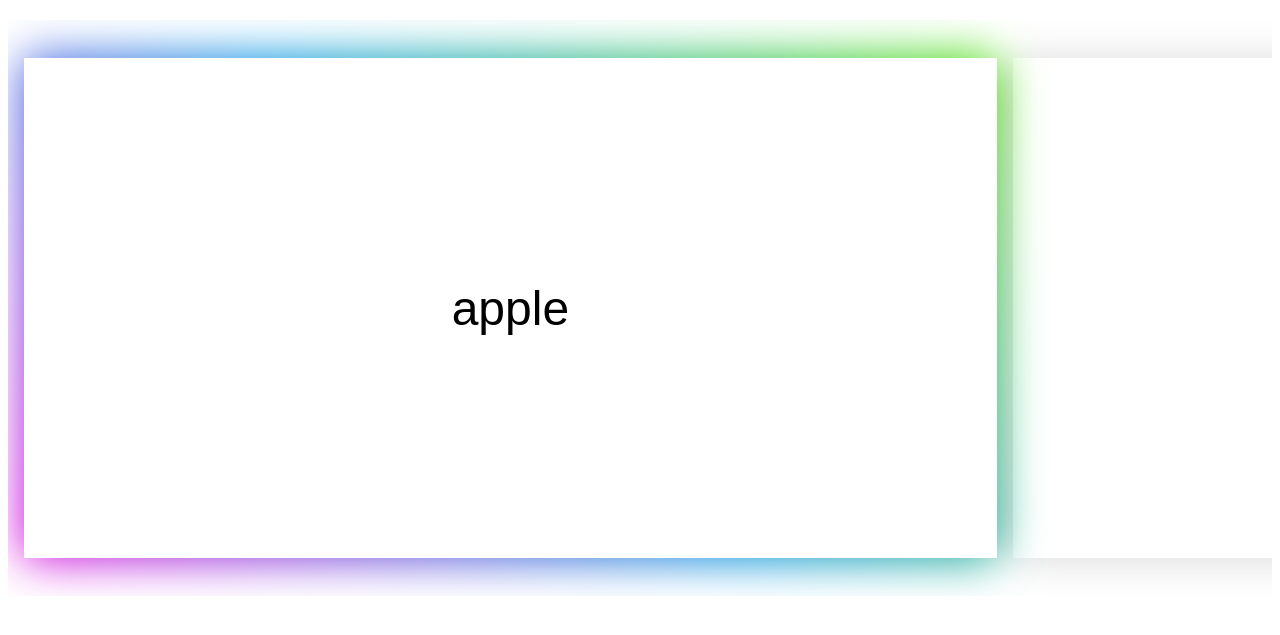
Repository: lzh15378738622/scroll-snap
Page: index.html
These files come from the project's save history. The page is drawn as it stood at one moment and after the next save; the edit follows.
The browser window is 1280 px wide. The pictures show the whole page.

Above is the page before, as saved 2022-02-26 23:27:39.

After the next save:
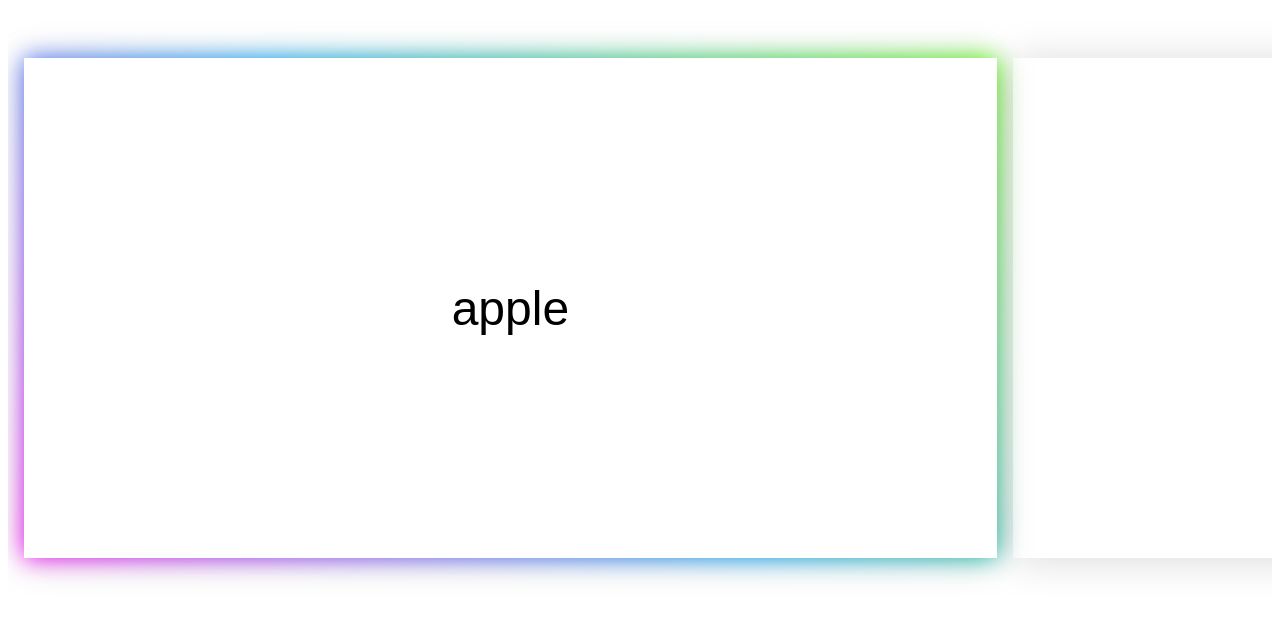
Saved 20 s later.
--- a/style.css
+++ b/style.css
@@ -41,7 +41,7 @@
         hsl(200deg,100%,50%),
         hsl(100deg,100%,50%)
         );
-        filter: blur(24px);
+        filter: blur(12px);
         z-index: -1;
 
       }
